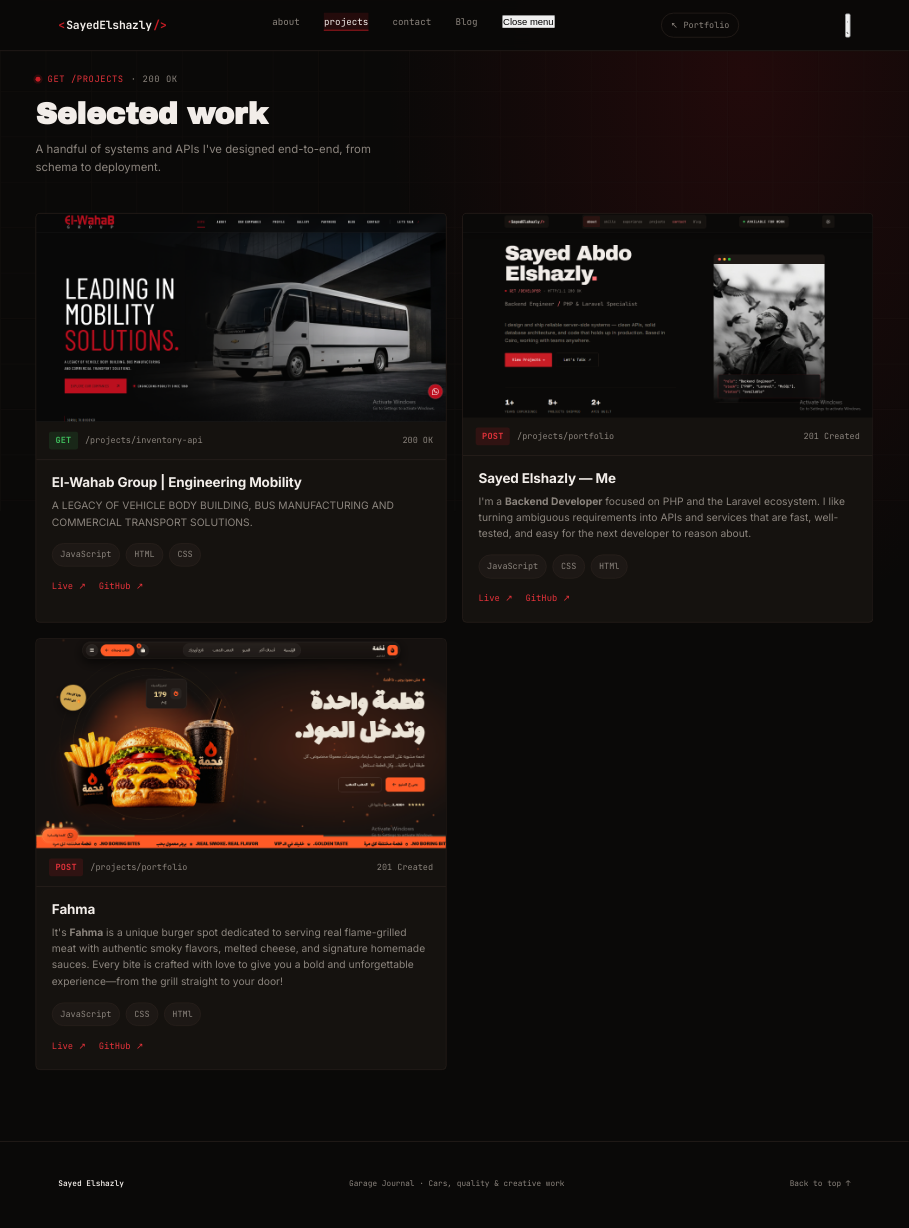
Repository: sayedelshazly/Portfolio.SE
Page: projects.html
The author's editor kept a copy of each file at every save. The page is drawn from the files as they stood at one save, then again after the next save.
The browser window is 1280 px wide. The pictures show the whole page, at 71% of full size.

Above is the page before, as saved 2026-10-31 09:01:12.
Console error: TypeError: Cannot read properties of null (reading 'addEventListener')

### projects.html
<!doctype html>
<html lang="en" data-theme="dark">

<head>
    <meta charset="utf-8">
    <meta name="viewport" content="width=device-width, initial-scale=1">
    <meta name="description" content="Notes on cars, automotive quality, and content creation by Sayed Elshazly.">
    <title>Garage Journal — Sayed Elshazly</title>
    <script>
        (() => {
            try {
                const saved = localStorage.getItem('portfolio-theme');
                const light = saved ? saved === 'light' : matchMedia('(prefers-color-scheme: light)').matches;
                document.documentElement.dataset.theme = light ? 'light' : 'dark';
            } catch {
                /* Keep the default theme when storage is unavailable. */
            }
        })();
        document.documentElement.classList.add('is-loading');
        window.__pageLoadStartedAt = performance.now();
    </script>
    <link rel="preconnect" href="https://fonts.googleapis.com">
    <link rel="preconnect" href="https://fonts.gstatic.com" crossorigin>
    <link
        href="https://fonts.googleapis.com/css2?family=Archivo+Black&family=JetBrains+Mono:wght@400;500;600;700&family=Inter:wght@400;500;600;700;800&display=swap"
        rel="stylesheet">
    <link rel="stylesheet" href="style.css">
    <link rel="stylesheet" href="blog.css">
</head>

<body class="journal-page">
    <div class="preloader" id="preloader" role="status" aria-live="polite" aria-label="Loading journal">
        <div class="loader-content">
            <span class="loader-mark"><span>&lt;</span>SE<span>/&gt;</span></span>
            <span class="loader-spinner" aria-hidden="true"></span>
            <span class="loader-text">Opening the journal</span>
            <span class="loader-progress" aria-hidden="true"><span></span></span>
        </div>
    </div>

    <header>
        <div class="reading-progress" aria-hidden="true"><span id="readingProgress"></span></div>
        <nav aria-label="Main navigation">
            <a class="logo" href="index.html#top" aria-label="Sayed Elshazly, portfolio home"><span
                    class="br">&lt;</span>SayedElshazly<span class="br">/&gt;</span></a>
            <button class="nav-toggle" type="button" aria-expanded="false" aria-controls="journal-navigation"
                aria-label="Open navigation">
                <span></span><span></span>
            </button>
            <ul class="nav-links" id="journal-navigation">
                <li><a href="index.html#about">about</a></li>
                <li><a href="./projects.html" aria-current="page">projects</a></li>
                <li><a href="index.html#contact">contact</a></li>
                <li><a href="blog.html">Blog</a></li>
                <li class="nav-close-item"><button class="nav-close" type="button">Close menu</button></li>
            </ul>
            <a class="status-pill journal-home" href="index.html#top"><span aria-hidden="true">↖</span><span
                    class="label">Portfolio</span></a>
            <button class="theme-toggle" id="themeToggle" type="button" aria-label="Switch to light mode"
                title="Switch to light mode">
                <svg class="theme-icon-sun" viewBox="0 0 24 24" aria-hidden="true" focusable="false">
                    <circle cx="12" cy="12" r="4"></circle>
                    <path
                        d="M12 2v2m0 16v2M4.93 4.93l1.42 1.42m11.3 11.3 1.42 1.42M2 12h2m16 0h2M4.93 19.07l1.42-1.42m11.3-11.3 1.42-1.42">
                    </path>
                </svg>
                <svg class="theme-icon-moon" viewBox="0 0 24 24" aria-hidden="true" focusable="false">
                    <path d="M20.2 15.1A8.5 8.5 0 0 1 8.9 3.8 8.6 8.6 0 1 0 20.2 15.1Z"></path>
                </svg>
            </button>
        </nav>
    </header>

    <!-- ================= PROJECTS ================= -->
    <section class="projects wrap" id="projects">
        <div class="section-head">
            <div class="eyebrow">GET /projects <span class="status">· 200 OK</span></div>
            <h2>Selected work</h2>
            <p>A handful of systems and APIs I've designed end-to-end, from schema to deployment.</p>
        </div>
        <div class="project-grid">

            <div class="project-card">
                <figure class="project-visual">
                    <img src="./assets/blog/Screenshot (329)(1).png" alt="Illustrative inventory dashboard preview"
                        loading="lazy" decoding="async">
                </figure>
                <div class="pc-top">
                    <span class="method get">GET</span>
                    <span class="route">/projects/inventory-api</span>
                    <span class="status-code">200 OK</span>
                </div>
                <div class="pc-body">
                    <h3>El-Wahab Group | Engineering Mobility</h3>
                    <p>A LEGACY OF VEHICLE BODY BUILDING, BUS MANUFACTURING AND
                        COMMERCIAL TRANSPORT SOLUTIONS.</p>
                    <div class="tag-row" style="margin-bottom:18px;">
                        <span class="tag">JavaScript</span><span class="tag">HTML</span><span class="tag">CSS</span>
                    </div>
                    <div class="pc-links">
                        <!-- <a href="elwahab-groub.up.railway.app"></a> -->
                        <a href="https://elwahab-groub.vercel.app/" target="_blank" rel="noopener">Live ↗</a>
                        <a href="#">GitHub ↗</a>
                    </div>
                </div>
            </div>

            <div class="project-card">
                <figure class="project-visual">
                    <img src="./assets/blog/Screenshot (332)(1).png" alt="Illustrative booking calendar preview"
                        loading="lazy" decoding="async">
                </figure>
                <div class="pc-top">
                    <span class="method post">POST</span>
                    <span class="route">/projects/portfolio</span>
                    <span class="status-code">201 Created</span>
                </div>
                <div class="pc-body">
                    <h3>Sayed Elshazly — Me</h3>
                    <p>I'm a <b>Backend Developer</b> focused on PHP and the Laravel ecosystem. I like
                        turning ambiguous requirements into APIs and services that are fast, well-tested,
                        and easy for the next developer to reason about.</p>
                    <div class="tag-row" style="margin-bottom:18px;">
                        <span class="tag">JavaScript</span><span class="tag">CSS</span><span class="tag">HTMl</span>
                    </div>
                    <div class="pc-links">
                        <!-- <a href="https://selshazly-portfolio.up.railway.app">Live ↗</a> -->
                        <a href="https://portfoliosedev.vercel.app/" target="_blank">Live ↗</a>
                        <!-- <a href="https://selshazly-portfolio.up.railway.app" target="_blank" rel="noopener">Live ↗</a> -->

                        <a href="#">GitHub ↗</a>
                    </div>
                </div>
            </div>
            <div class="project-card">
                <figure class="project-visual">
                    <img src="./assets/blog/Screenshot (375)(1).png" alt="Illustrative booking calendar preview"
                        loading="lazy" decoding="async">
                </figure>
                <div class="pc-top">
                    <span class="method post">POST</span>
                    <span class="route">/projects/portfolio</span>
                    <span class="status-code">201 Created</span>
                </div>
                <div class="pc-body">
                    <h3>Fahma</h3>
                    <p>It's <b>Fahma</b> is a unique burger spot dedicated to serving real flame-grilled meat with
                        authentic smoky flavors, melted cheese, and signature homemade sauces. Every bite is crafted
                        with love to
                        give you a bold and unforgettable experience—from the grill straight to your door!</p>
                    <div class="tag-row" style="margin-bottom:18px;">
                        <span class="tag">JavaScript</span><span class="tag">CSS</span><span class="tag">HTMl</span>
                    </div>
                    <div class="pc-links">
                        <!-- <a href="https://selshazly-portfolio.up.railway.app">Live ↗</a> -->
                        <a href="https://fahma-lv.vercel.app" target="_blank">Live ↗</a>
                        <!-- <a href="https://selshazly-portfolio.up.railway.app" target="_blank" rel="noopener">Live ↗</a> -->

                        <a href="#">GitHub ↗</a>
                    </div>
                </div>
            </div>

        </div>
    </section>

    <footer class="journal-footer">
        <div class="wrap"><a href="index.html#top">Sayed Elshazly</a><span>Garage Journal · Cars, quality &amp; creative
                work</span><a href="#top">Back to top ↑</a></div>
    </footer>
    <script src="main.js"></script>
</body>

</html>

### blog.css
.journal-page {
    --journal-rule: color-mix(in srgb, var(--line) 78%, var(--text-muted));
    background:
        radial-gradient(ellipse at 82% 6%, color-mix(in srgb, var(--red-deep) 24%, transparent), transparent 34%),
        var(--bg-void);
}

.journal-page header {
    background: color-mix(in srgb, var(--bg-void) 95%, transparent);
}

.journal-page .journal-home {
    text-decoration: none;
}

.journal {
    max-width: 1280px;
    padding-top: 116px;
}

.journal-intro {
    display: grid;
    grid-template-columns: minmax(0, 1.35fr) minmax(270px, .65fr);
    align-items: end;
    gap: clamp(38px, 8vw, 110px);
    padding: 52px 0 46px;
}

.byline-label,
.feature-meta,
.aside-label,
.category-heading > span,
.story-kind,
.article-topic {
    color: var(--red-readable);
    font: 500 12px/1.5 var(--mono);
    letter-spacing: .08em;
    text-transform: uppercase;
}

.journal-heading h1 {
    max-width: 760px;
    font: 400 clamp(54px, 8vw, 100px)/.94 var(--display);
    letter-spacing: -.045em;
}

.journal-heading h1 > span:first-child { color: var(--text-muted); }
.journal-heading .accent { color: var(--red-readable); }

.journal-deck {
    max-width: 610px;
    margin-top: 26px;
    color: var(--text-muted);
    font-size: clamp(17px, 1.6vw, 20px);
    line-height: 1.65;
}

.journal-byline {
    padding: 0 0 4px 25px;
    border-left: 1px solid var(--journal-rule);
}

.byline-label { margin-bottom: 10px; }
.byline-name { margin-bottom: 8px; font-size: 20px; font-weight: 700; }
.journal-byline > p:not(.byline-label):not(.byline-name) { max-width: 34ch; color: var(--text-muted); font-size: 15px; }
.journal-byline a { display: inline-flex; gap: 9px; align-items: center; margin-top: 17px; color: var(--text-primary); font-size: 14px; font-weight: 600; }
.journal-byline a span { color: var(--red-readable); }

.journal-feature {
    display: grid;
    padding: 10px;
    grid-template-columns: minmax(0, 1.3fr) minmax(260px, .7fr);
    border-block: 1px solid var(--journal-rule);
    background: color-mix(in srgb, var(--bg-surface) 72%, transparent);
}

.feature-copy { padding: clamp(26px, 4vw, 52px) clamp(24px, 5vw, 64px) clamp(26px, 4vw, 48px) 0; }
.feature-meta { display: flex; flex-wrap: wrap; gap: 8px 22px; }
.feature-meta span + span { color: var(--text-muted); }
.feature-copy h2 { max-width: 650px; margin: 18px 0 14px; font: 400 clamp(30px, 4.2vw, 51px)/1.08 var(--display); letter-spacing: -.035em; }
.feature-copy > p { max-width: 62ch; color: var(--text-muted); font-size: 16px; line-height: 1.7; }
.feature-link { display: inline-flex; align-items: center; gap: 14px; margin-top: 23px; color: var(--text-primary); font-weight: 600; }
.feature-link span { color: var(--red-readable); transition: transform .2s ease; }
.feature-link:hover span { transform: translate(3px, 3px); }

.feature-aside {
    display: flex;
    flex-direction: column;
    justify-content: space-between;
    padding: 30px clamp(22px, 3vw, 40px);
    border-left: 1px solid var(--journal-rule);
    background: color-mix(in srgb, var(--bg-surface-2) 55%, transparent);
}

.feature-aside ul { margin: 22px 0; }
.feature-aside li { display: flex; gap: 13px; align-items: baseline; padding: 14px 0; border-top: 1px solid var(--line); font-size: 14px; }
.feature-aside li span { color: var(--red-readable); font: 500 12px var(--mono); }
.aside-note { max-width: 31ch; color: var(--text-muted); font-size: 13px; }

.journal-archive { padding: 68px 0 76px; }
.archive-heading,
.reading-heading { display: flex; justify-content: space-between; align-items: baseline; gap: 24px; margin-bottom: 27px; }
.archive-heading h2,
.reading-heading h2 { font-family: var(--display); font-size: 34px; font-weight: 400; line-height: 1.15; letter-spacing: -.025em; }
.archive-heading p,
.reading-heading p { color: var(--text-muted); font-size: 14px; }

.journal-categories { display: grid; grid-template-columns: repeat(3, minmax(0, 1fr)); gap: clamp(22px, 4vw, 54px); }
.journal-category { border-top: 2px solid var(--red-primary); padding-top: 15px; }
.category-heading { display: flex; justify-content: space-between; gap: 12px; align-items: baseline; margin-bottom: 11px; }
.category-heading h3 { font: 400 21px/1.2 var(--display); letter-spacing: -.02em; }
.category-heading > span { color: var(--text-muted); font-size: 11px; }
.archive-story { position: relative; display: grid; grid-template-columns: minmax(0, 1fr) auto; gap: 6px 12px; align-items: center; padding: 15px 6px 14px 0; border-bottom: 1px solid var(--line); }
.story-title { max-width: 28ch; font-size: 15px; line-height: 1.4; font-weight: 600; transition: color .18s ease; }
.story-kind { color: var(--text-muted); font-size: 11px; }
.story-arrow { grid-column: 2; grid-row: 1 / 3; color: var(--red-readable); font-size: 17px; transition: transform .18s ease; }
.archive-story:hover .story-title { color: var(--red-readable); }
.archive-story:hover .story-arrow { transform: translate(3px, -3px); }

.journal-reading { padding: 58px 0 40px; border-top: 1px solid var(--journal-rule); }
.reading-list { display: grid; grid-template-columns: repeat(2, minmax(0, 1fr)); column-gap: clamp(30px, 7vw, 94px); }
.journal-article { scroll-margin-top: 106px; padding: 30px 0 32px; border-top: 1px solid var(--line); }
.journal-article:nth-child(odd) { padding-right: 16px; }
.journal-article:nth-child(even) { padding-left: 16px; }
.article-topic { margin-bottom: 10px; font-size: 11px; }
.article-topic span { color: var(--text-muted); }
.journal-article h3 { max-width: 22ch; margin-bottom: 14px; font-family: var(--display); font-size: 28px; font-weight: 400; line-height: 1.18; letter-spacing: -.025em; }
.journal-article > p:not(.article-topic) { max-width: 65ch; margin-top: 11px; color: var(--text-muted); font-size: 15px; line-height: 1.75; }

.journal-close { display: flex; justify-content: space-between; align-items: center; gap: 20px; margin: 22px 0 0; padding: 24px 0; border-top: 1px solid var(--journal-rule); }
.journal-close p { color: var(--text-muted); font-size: 15px; }
.journal-close a { display: inline-flex; align-items: center; gap: 10px; min-height: 44px; padding: 0 17px; border: 1px solid var(--journal-rule); font-weight: 600; }
.journal-close a span { color: var(--red-readable); }
.journal-close a:hover { border-color: var(--red-primary); background: var(--bg-surface); }

.journal-footer { border-top: 1px solid var(--line); }
.journal-footer .wrap { display: flex; justify-content: space-between; gap: 20px; padding-top: 23px; padding-bottom: 26px; color: var(--text-muted); font: 11px/1.5 var(--mono); }
.journal-footer a:first-child { color: var(--text-primary); font-weight: 600; }
.journal-footer a:hover { color: var(--red-readable); }

.journal-page .nav-links a[aria-current="page"] { color: var(--text-primary); }
.journal-page .nav-links a[aria-current="page"]::after { width: 100%; }
.journal-page .nav-links li:not(.nav-close-item) { padding-bottom: 8px; }

@media (min-width: 921px) {
    .journal-page .nav-links a[aria-current="page"] { border-color: color-mix(in srgb, var(--red-primary) 35%, transparent); background: color-mix(in srgb, var(--red-primary) 14%, transparent); }
    .journal-page .nav-links a[href="index.html#contact"] { color: var(--text-muted); }
}

@media (max-width: 920px) {
    .journal { padding-top: 95px; }
    .journal-intro { grid-template-columns: minmax(0, 1fr) minmax(220px, .6fr); gap: 34px; padding-top: 44px; }
    .journal-categories { gap: 24px; }
}

@media (max-width: 700px) {
    .journal-intro { grid-template-columns: 1fr; gap: 28px; padding: 40px 0 32px; }
    .journal-heading h1 { font-size: clamp(54px, 13vw, 82px); }
    .journal-deck { margin-top: 20px; font-size: 17px; }
    .journal-byline { padding: 0 0 0 17px; }
    .journal-feature { grid-template-columns: 1fr; }
    .feature-copy { padding: 25px 0 28px; }
    .feature-copy h2 { font-size: clamp(30px, 8vw, 43px); }
    .feature-aside { border-left: 0; border-top: 1px solid var(--journal-rule); padding: 22px 18px; }
    .feature-aside ul { margin: 12px 0; }
    .journal-categories { grid-template-columns: 1fr; gap: 32px; }
    .journal-archive { padding: 50px 0 54px; }
    .archive-heading, .reading-heading { display: block; }
    .archive-heading h2, .reading-heading h2 { font-size: 30px; }
    .journal-article h3 { font-size: 25px; }
    .archive-heading p, .reading-heading p { margin-top: 8px; }
    .reading-list { grid-template-columns: 1fr; }
    .journal-article:nth-child(odd), .journal-article:nth-child(even) { padding-right: 0; padding-left: 0; }
    .journal-close { align-items: flex-start; flex-direction: column; }
    .journal-footer .wrap { flex-wrap: wrap; }
}

@media (prefers-reduced-motion: reduce) {
    .feature-link span, .story-title, .story-arrow { transition: none; }
}

Loaded but not shown: main.js (76 lines, source omitted); style.css (2091 lines, source omitted)

After the next save:
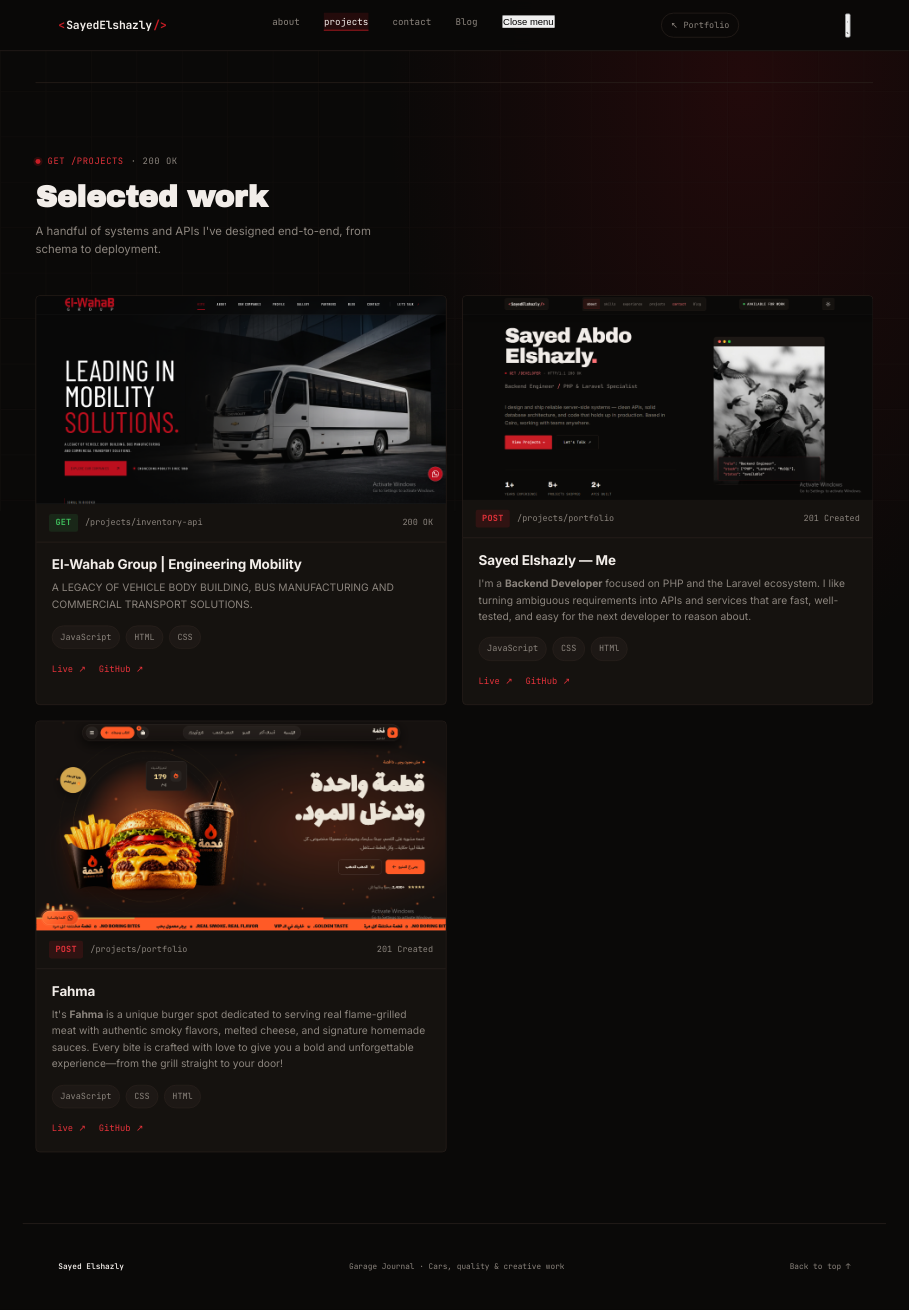
Saved 39 s later.
--- a/projects.html
+++ b/projects.html
@@ -72,6 +72,8 @@
     </header>
 
     <!-- ================= PROJECTS ================= -->
+  <main class="journal wrap" id="top">
+
     <section class="projects wrap" id="projects">
         <div class="section-head">
             <div class="eyebrow">GET /projects <span class="status">· 200 OK</span></div>
